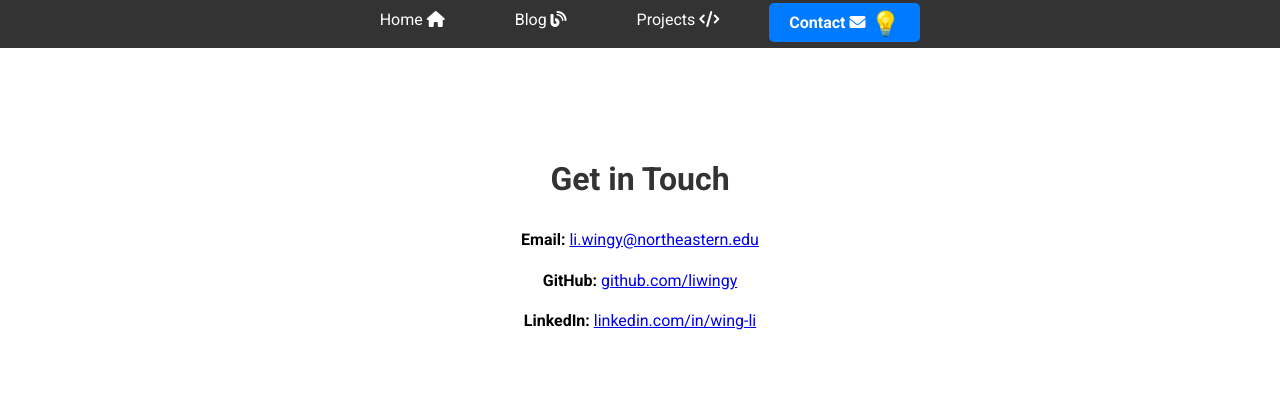
Repository: liwingy/cs5610_fall24_project1
Page: contact.html
The author's editor kept a copy of each file at every save. The page is drawn from the files as they stood at one save, then again after the next save.
The browser window is 1280 px wide. The pictures show the whole page.

Above is the page before, as saved 2024-10-07 21:46:23.

### contact.html
<!DOCTYPE html>
<html lang="en">
<head>
    <meta charset="UTF-8">
    <meta name="viewport" content="width=device-width, initial-scale=1.0">
    <title>Wing Yee Li | Contact</title>
    <link rel="stylesheet" href="style.css">
    <link rel="icon" href="./sources/favicon.ico" type="image/x-icon">
    <link rel="stylesheet" href="https://cdnjs.cloudflare.com/ajax/libs/font-awesome/6.0.0-beta3/css/all.min.css">
</head>
<body>
    <nav>
        <ul>
            <li><a href="homepage.html">Home <i class="fas fa-home"></i></a></li>
            <li><a href="blog.html">Blog <i class="fas fa-blog"></i></a></li>
            <li><a href="projects.html">Projects <i class="fas fa-code"></i></a></li>
            <li><a href="contact.html" class="active">Contact <i class="fas fa-envelope"></i></a></li>
        </ul>
    </nav>
    <main>
        <section class="contact">
            <div class="grid">
                <div class="contact-item">
                    <h2>Get in Touch</h2>
                    <br>
                    <p><span class="highlight">Email:</span> <a href="mailto:li.wingy@northeastern.edu">li.wingy@northeastern.edu</a></p>
                    <p><span class="highlight">GitHub:</span> <a href="https://github.com/liwingy" target="_blank">github.com/liwingy</a></p>
                    <p><span class="highlight">LinkedIn:</span> <a href="https://linkedin.com/in/wing-li" target="_blank">linkedin.com/in/wing-li</a></p>
                </div>
            </div>
        </section>
    </main>
</body>
</html>

### style.css
@import url('https://fonts.googleapis.com/css2?family=Roboto:wght@400;700&display=swap');

* {
    margin: 0;
    padding: 0;
    box-sizing: border-box;
    font-family: 'Roboto', sans-serif;
}

body, html {
    height: 100%;
    margin: 0;
}

body {
    background-color: #fff;  /* Set the background color to white */
    color: #333;
    display: flex;
    flex-direction: column;  /* Stack the content vertically */
    height: 100vh;           /* Ensure the body fills the full viewport height */
}

main {
    display: flex;
    justify-content: center;
    align-items: center;
    flex-direction: column;
    margin-top: 80px;        /* Offset the main content from the top */
    padding-top: 20px;
}

header {
    text-align: center;      /* Center align the header content */
}

.blog, .projects, .contact, .about-me {
    margin-top: 20px;
    padding: 20px;
    width: 100%;
    margin-bottom: 40px;     /* Add space between sections */
    text-align: center;      /* Center the text */
}

.about-me h3:before {
    content: "⭐";            /* Add an icon before each heading */
    font-size: 1.5rem;
    color: #007BFF;
    margin-right: 5px;
}

.highlight {
    font-weight: bold;
    color: black;            /* Highlight important text */
}

ul {
    list-style-type: disc;
    list-style-position: inside; /* Align bullet points with the text */
    padding-left: 20px;          /* Add padding to ensure bullets are aligned correctly */
}

li {
    margin-left: 0;              /* Remove margin between bullet and text */
}

nav {
    width: 100%;                 /* Make the navigation bar span the full width */
    background-color: #333;       /* Set the background color of the navbar */
    position: fixed;              /* Fix the navbar to the top of the screen */
    top: 0;
    left: 0;
    padding: 10px 0;             /* Add vertical padding for spacing */
    z-index: 1;                  /* Ensure the navbar stays above other content */
}

nav ul {
    list-style: none;            /* Remove bullet points from navbar items */
    display: flex;               /* Display the navbar items in a row */
    justify-content: center;     /* Center the navbar items */
    margin: 0;
    padding: 0;
}

nav ul li {
    margin: 0 15px;              /* Add spacing between navbar items */
}

nav ul li a {
    color: #fff;
    text-decoration: none;       /* Remove underline from the links */
    padding: 10px 20px;          /* Add padding to the links */
    transition: background-color 0.3s; /* Smooth transition effect for hover */
}

nav ul li a:hover {
    border-bottom: 2px solid #007BFF;
    font-size: 1.05em;           /* Slightly enlarge the text on hover */
    color: #007BFF;
    transition: all 0.3s ease-in-out;
}

.active {
    background-color: #007BFF;
    font-weight: bold;
    border-radius: 5px;          /* Add rounded corners to the active link */
    padding: 10px 20px;
}

nav ul li a.active::after {
    content: "💡";               /* Add a lightbulb icon after the active link */
    color: #007BFF;
    font-size: 1.5rem;
    margin-left: 5px;
    vertical-align: middle;
}

h1 {
    font-size: 2.5rem;
    margin-top: 60px;            /* Add space between the navbar and heading */
}

h2 {
    font-size: 2rem;
    margin-bottom: 10px;
}

h1, h2, h3 {
    font-weight: 700;            /* Bold the headings */
}

p {
    line-height: 1.6;            /* Improve paragraph readability */
    margin-bottom: 15px;         /* Add space between paragraphs */
}

.grid {
    display: grid;
    grid-template-columns: repeat(auto-fit, minmax(250px, 1fr)); /* Responsive grid layout */
    gap: 20px; /* Space between grid items */
    margin-top: 20px;
}

.blog-item {
    padding: 20px;
    border-radius: 10px;
    box-shadow: 0 4px 8px rgba(0, 0, 0, 0.1);
    background-color: #f9f9f9;
}

.blog-item h3:before {
    content: "💕";               /* Add a heart icon before each blog heading */
    color: #007BFF;
    font-size: 1.5rem;
    margin-right: 5px;
}

.blog img {
    display: block;              /* Make sure the image is on its own line */
    margin-top: 10px;            /* Add space between text and image */
    margin-bottom: 20px;         /* Add space after the image */
    max-width: 300px;            /* Set the maximum width */
    width: 100%;
    height: auto;
    border-radius: 10px;         /* Add rounded corners */
}

/* Blog-specific ul styling */
.blog ul {
    list-style-type: none;       /* Remove bullet points */
    padding-left: 0;             /* Ensure no extra padding is added */
    margin-left: 0;              /* Remove additional margins */
}

/* Blog-specific li styling */
.blog li {
    padding-left: 0;             /* Remove padding between bullet and text */
    margin-left: 0;              /* No margin needed */
}

.project-item {
    padding: 20px;
    border-radius: 10px;
    box-shadow: 0 4px 8px rgba(0, 0, 0, 0.1);
    background-color: #f9f9f9;
}

.project-item h3:before {
    content: "🚀 ";              /* Add a rocket icon before project headings */
    color: #007BFF;
    font-size: 1.5rem;
    margin-right: 5px;
}

.centered-video,
.pics {
    max-width: 300px;
    width: 100%;
    height: auto;
    display: block;
    margin: 20px auto;
    border-radius: 10px;
    box-shadow: 0 4px 8px rgba(0, 0, 0, 0.2); /* Add shadow */
    transition: transform 0.3s ease-in-out, box-shadow 0.3s ease-in-out;
}

.centered-video:hover,
.pics:hover {
    transform: scale(1.05);      /* Slightly enlarge on hover */
    box-shadow: 0 6px 12px rgba(0, 0, 0, 0.3); /* Increase shadow on hover */
}

/* Responsive design */
@media screen and (max-width: 768px) {
    .pics, .centered-video {
        max-width: 90%; /* Make them slightly smaller on narrower screens */
    }

    nav ul {
        flex-direction: column;  /* Stack navbar links vertically on small screens */
        align-items: center;
    }

    nav ul li {
        margin: 10px 0;          /* Space out vertically in mobile view */
    }

    h1 {
        font-size: 1.8rem;
        margin-top: 100px;       /* Adjust spacing for smaller screens */
    }
}

/* Custom scrollbar */
::-webkit-scrollbar {
    width: 8px;
}

::-webkit-scrollbar-track {
    background: #f1f1f1;
}

::-webkit-scrollbar-thumb {
    background-color: #333;      /* Match scrollbar color with the active link color */
    border-radius: 10px;
}

After the next save:
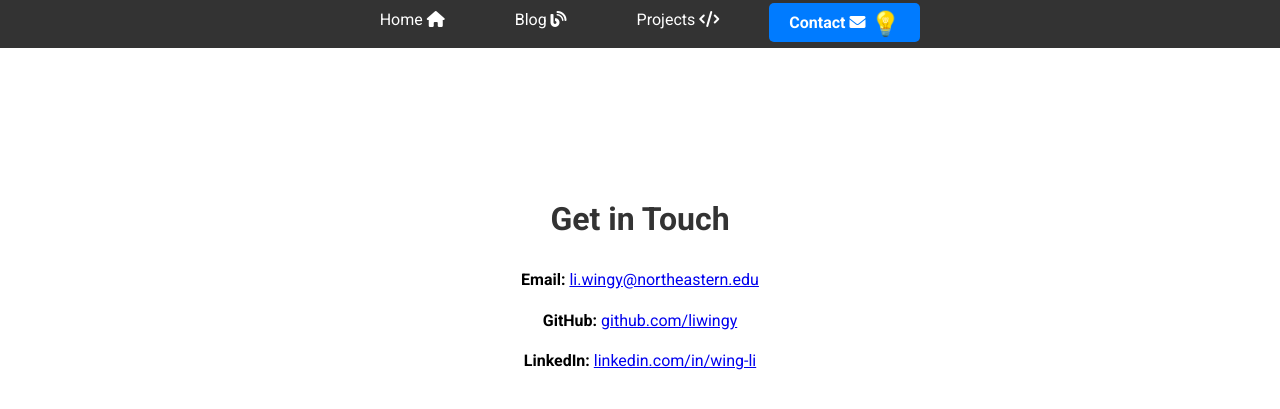
Saved 15 s later.
--- a/contact.html
+++ b/contact.html
@@ -20,7 +20,7 @@
     <main>
         <section class="contact">
             <div class="grid">
-                <div class="contact-item">
+                <div class="about-me">
                     <h2>Get in Touch</h2>
                     <br>
                     <p><span class="highlight">Email:</span> <a href="mailto:li.wingy@northeastern.edu">li.wingy@northeastern.edu</a></p>

After the save that followed:
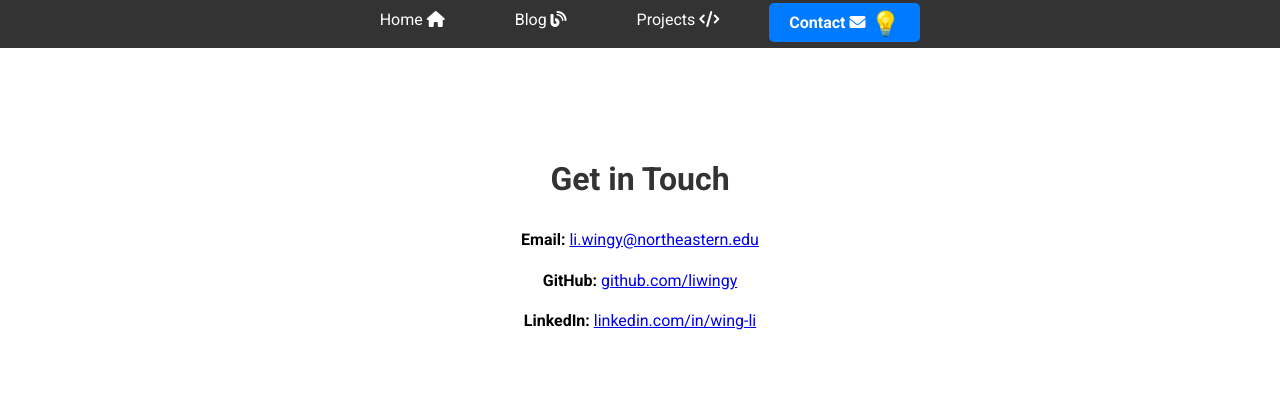
Saved 71 s later.
--- a/contact.html
+++ b/contact.html
@@ -20,7 +20,7 @@
     <main>
         <section class="contact">
             <div class="grid">
-                <div class="about-me">
+                <div class="about-section">
                     <h2>Get in Touch</h2>
                     <br>
                     <p><span class="highlight">Email:</span> <a href="mailto:li.wingy@northeastern.edu">li.wingy@northeastern.edu</a></p>
